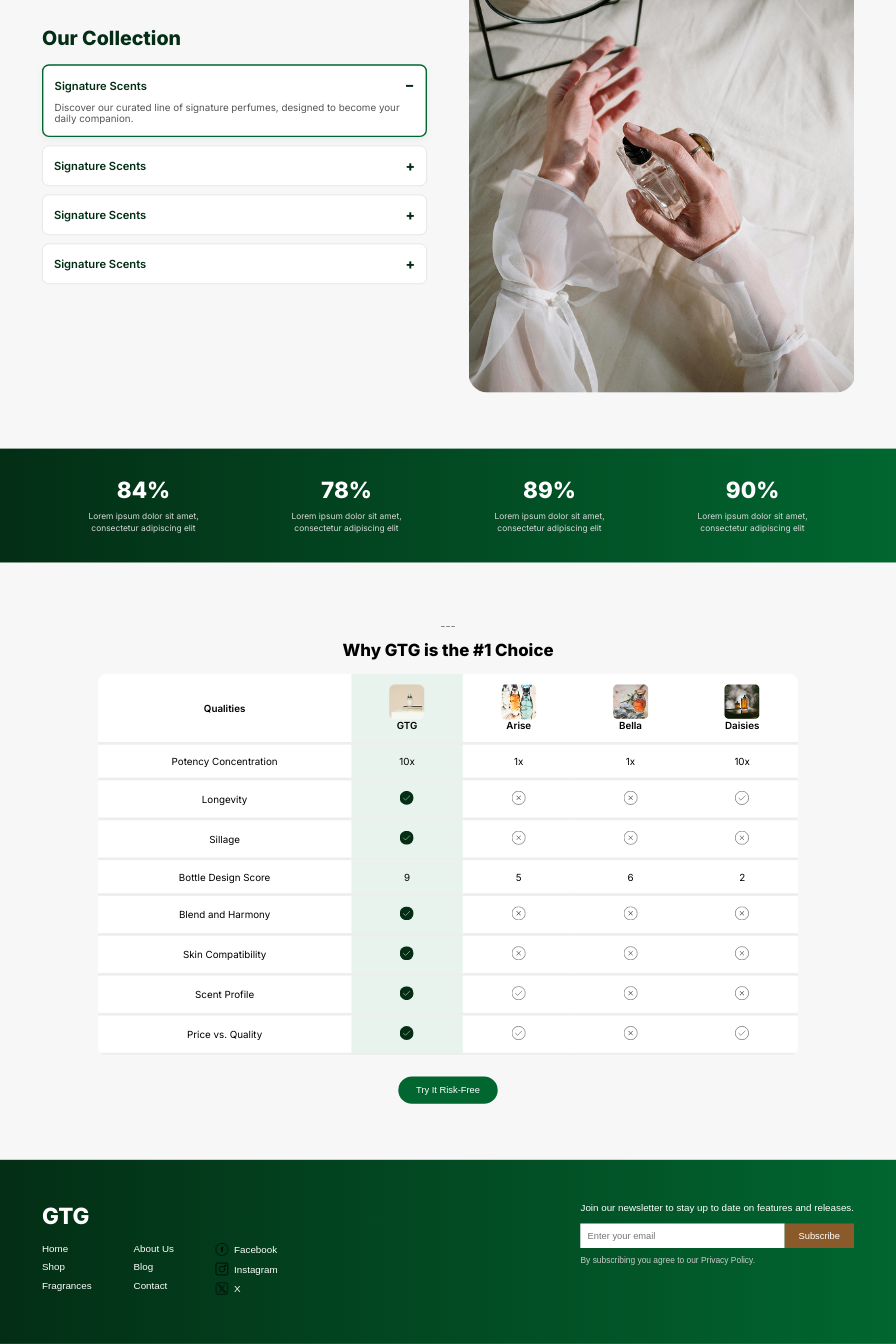
Repository: Prakashadavi/Assignment
Page: index.html
These files come from the project's save history. The page is drawn as it stood at one moment and after a run of saves; the edit follows.
The browser window is 1280 px wide. The pictures show the part of the page from y = 2247 to 4167 px (the page is 4167 px tall), at 70% of full size.
A picture or video elsewhere on the page could not be fetched, so the positions and the page height are approximate. Some web fonts or font styles are not loaded; a fallback is used.

Above is the page before, as saved 2026-03-26 12:03:38.

After the next 2 saves:
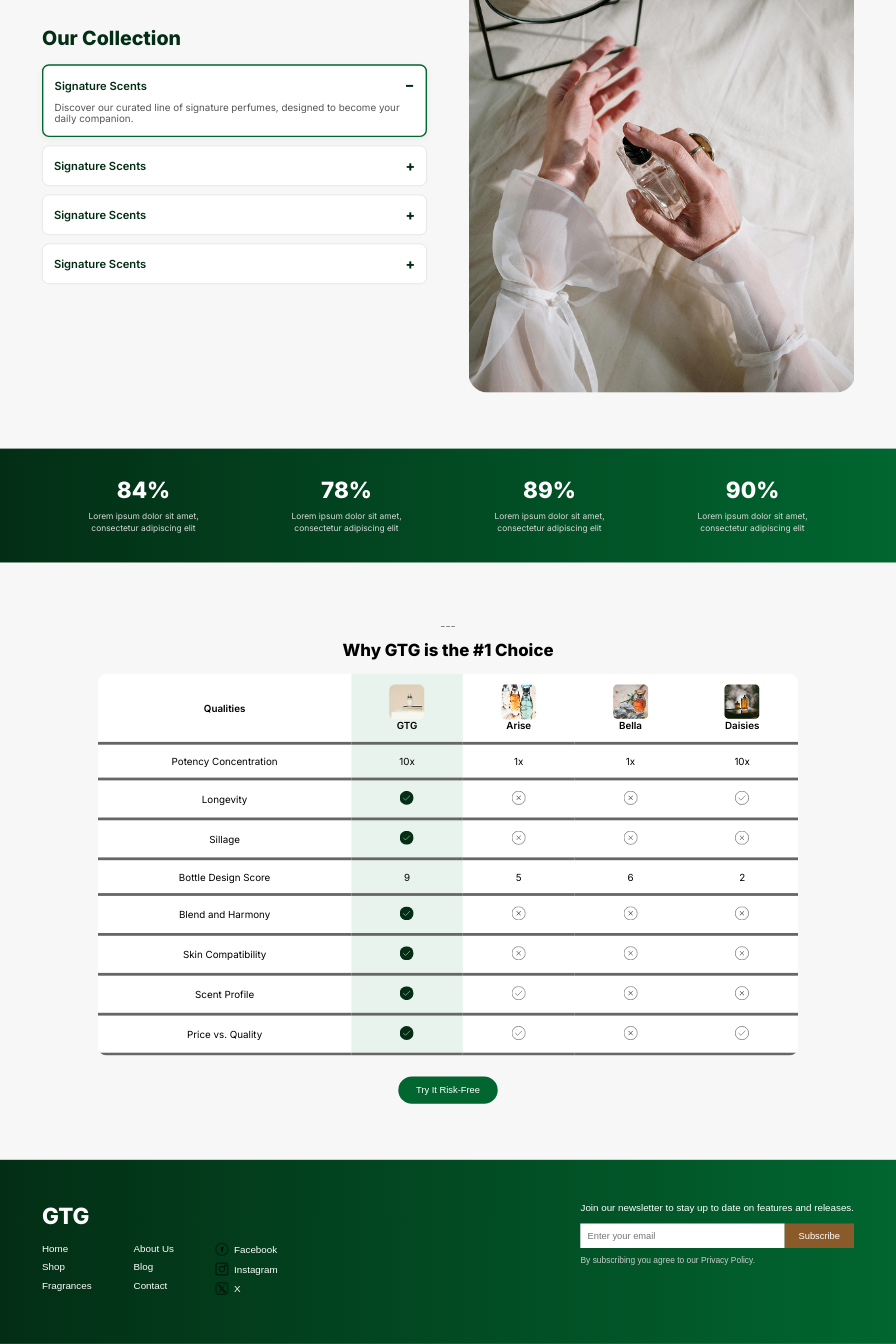
The 2 saves are shown as one change because they came seconds apart.
The last was saved 31 s later.
--- a/style.css
+++ b/style.css
@@ -661,7 +661,7 @@ input[type="radio"]{
 
 .compare-table th,
 .compare-table td{
-  border-bottom:4px solid #eee;
+  border-bottom:4px solid #666;
   padding:15px;
   font-size:14px;
   text-align:center;
